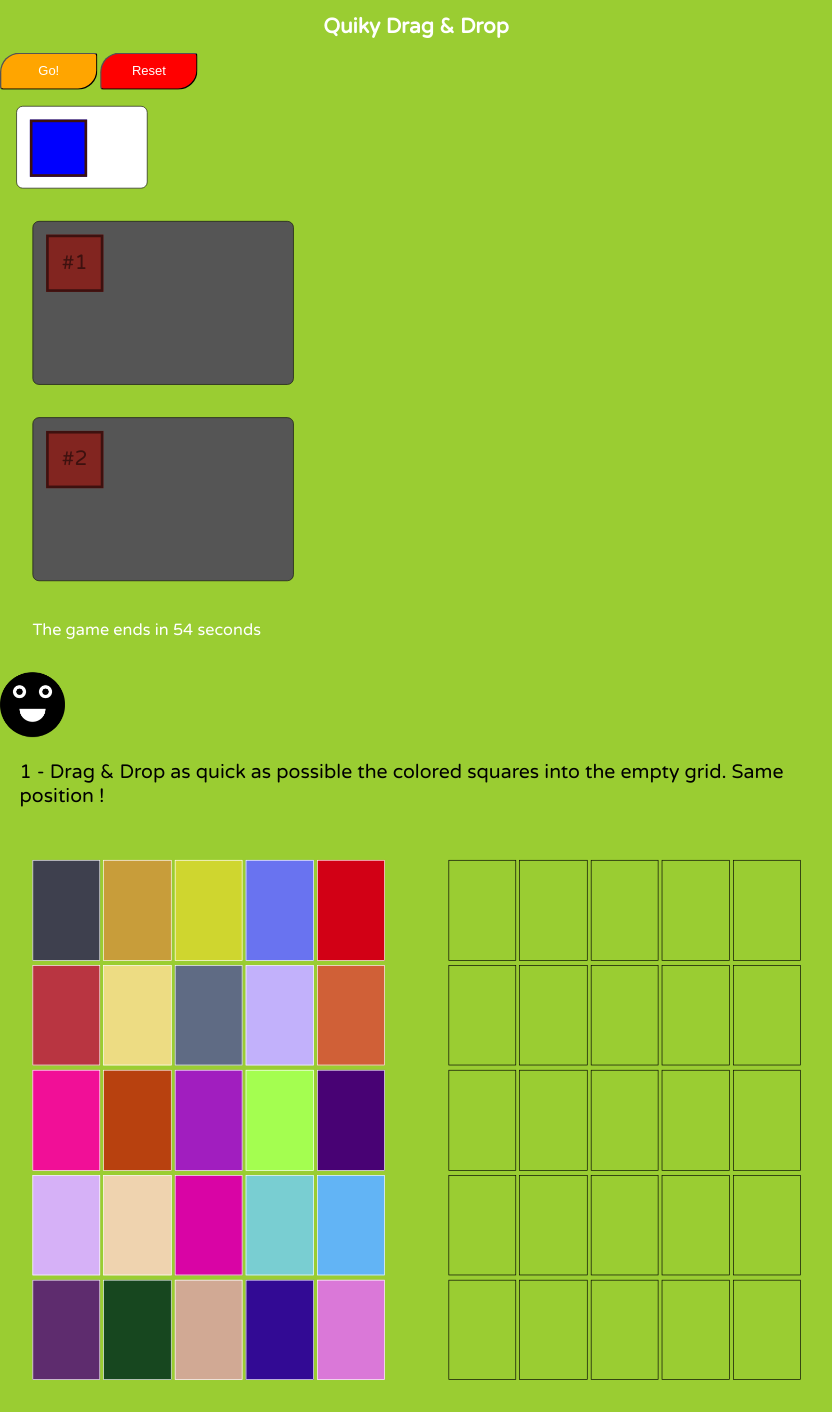
Repository: Siehan/Quiky-drag-and-drop
Page: index.html
An editor plug-in stored every save of this project. The page is shown before and after the next save, followed by the edit.
The browser window is 1280 px wide. The pictures show the whole page, at 65% of full size.

Above is the page before, as saved 2020-01-22 12:13:27.

After the next save:
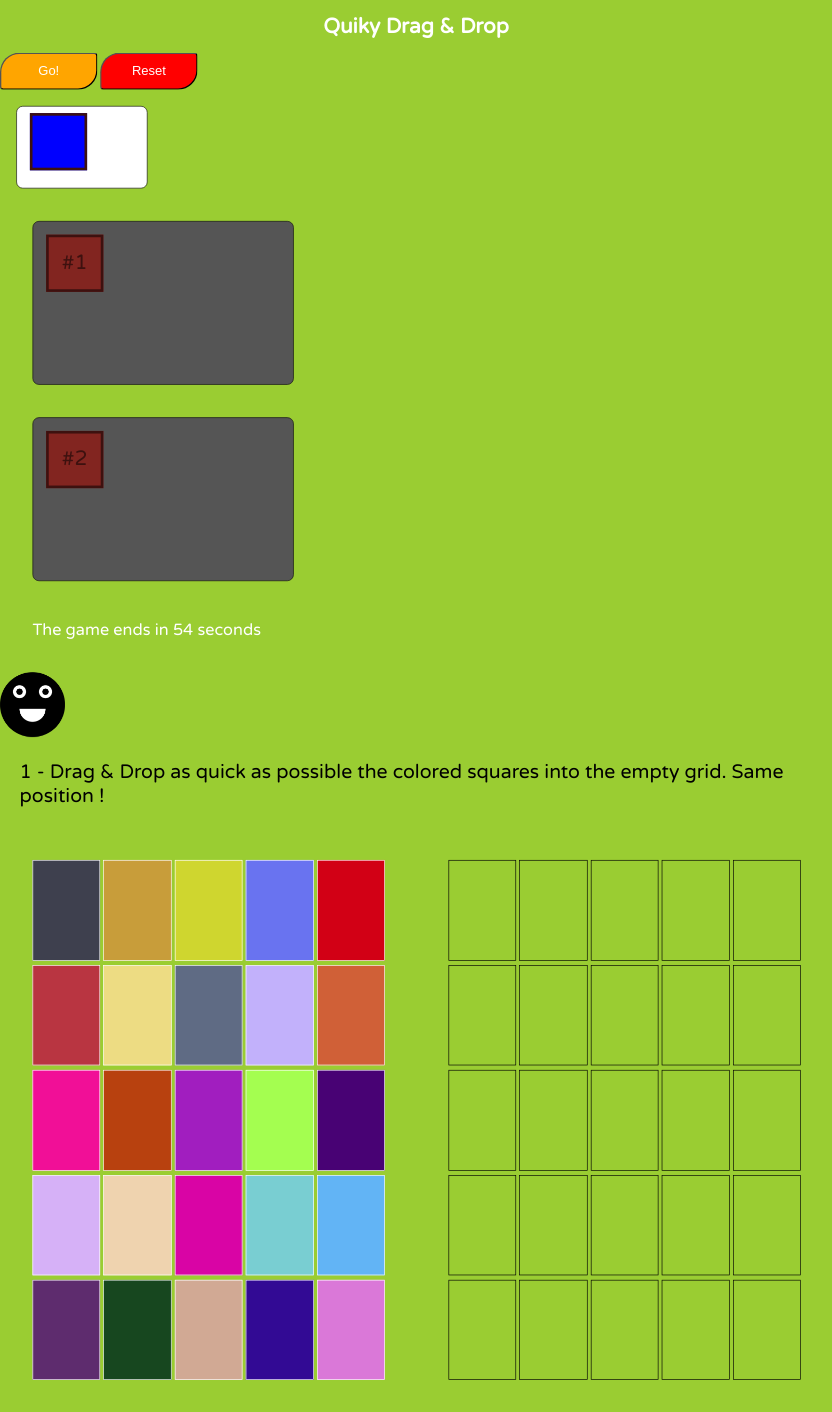
Saved 4 s later.
--- a/style.css
+++ b/style.css
@@ -134,7 +134,7 @@ p {
 
 .draggable2 {
     display: inline-block;
-    margin: 20px 10px 10px 20px;
+    margin: 10px 10px 10px 20px;
     padding-top: 20px;
     width: 80px;
     height: 60px;
